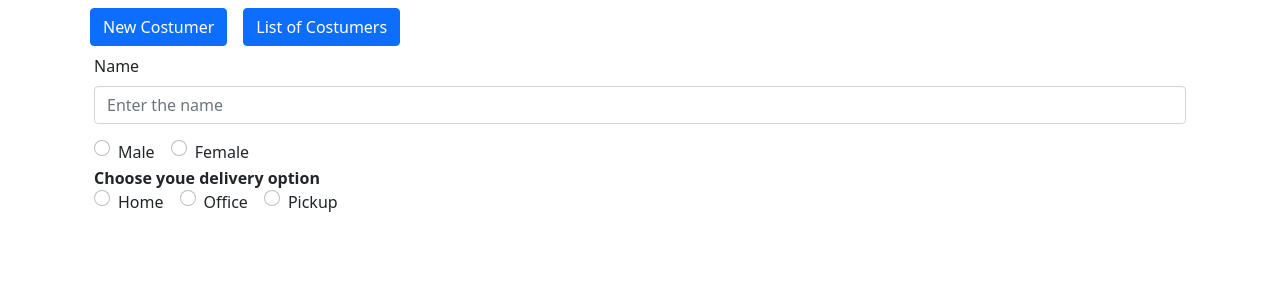
Repository: Sanjayjangra88/combo_app
Page: /, after clicking the first element matching `button.btn`
These files come from the project's save history. The page is drawn as it stood at one moment and after the next save; the edit follows.
The browser window is 1280 px wide. The pictures show the whole page.
Some web libraries are served in a nearby version. The project was rebuilt for these pictures with package versions that can differ from the ones it lists, and the page was loaded fresh each time. Also part of the build but not shown: src/App.js.

Above is the page before, as saved 2022-06-04 13:02:16.

After the next save:
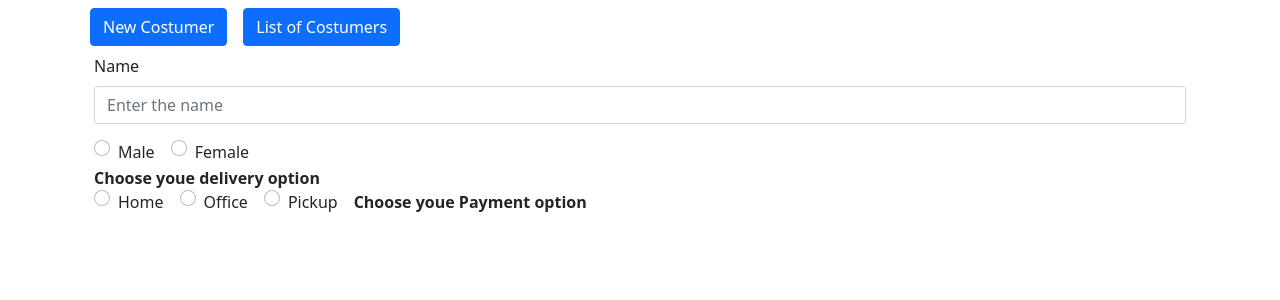
Saved 2 min 10 s later.
--- a/src/Components/dpForm.jsx
+++ b/src/Components/dpForm.jsx
@@ -72,6 +72,8 @@ export class dpForm extends Component {
                     onChange={this.handelChange}/>
                     <label className="form-check-label">Pickup</label>
                 </div>
+                <label className="form-check-label font-weight-bold">Choose youe Payment option</label><br/>
+
 
       </div>
     )
